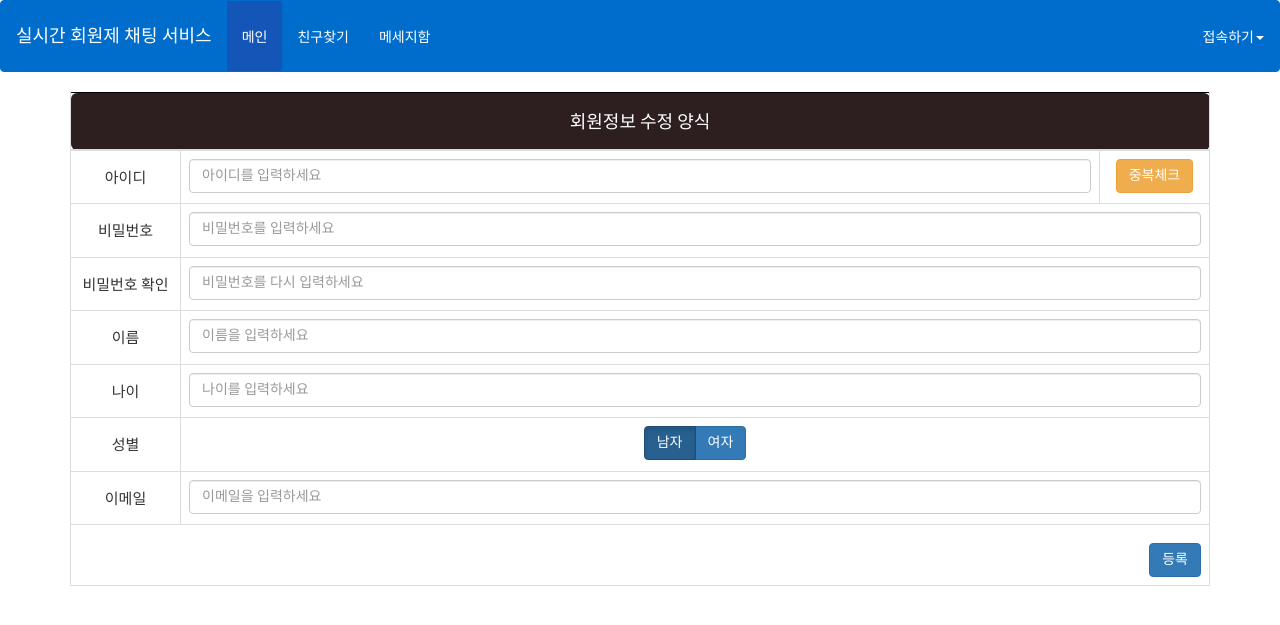
Repository: kkoseunghyun/javaAjaxChat
Page: http://localhost/UserChat/update.jsp
An editor plug-in stored every save of this project. The page is shown before and after the next save, followed by the edit.
The browser window is 1280 px wide. The pictures show the whole page.
Some web fonts or font styles are not loaded; a fallback is used. Some web libraries are served in a nearby version. The page is served by Tomcat 9.

Above is the page before, as saved 2019-05-21 10:36:55.

After the next save:
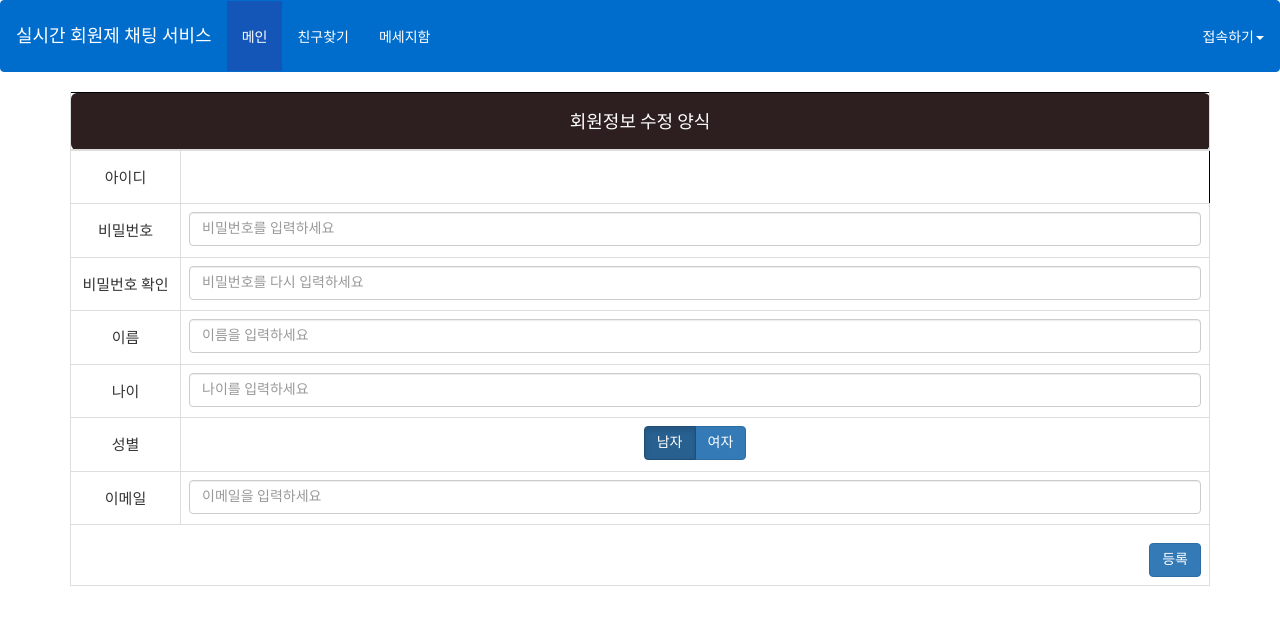
Saved 51 s later.
--- a/JspAjax/UserChat/WebContent/update.jsp
+++ b/JspAjax/UserChat/WebContent/update.jsp
@@ -104,9 +104,7 @@
 				</thead>
 				<tbody>
 					<tr>
-						<td style="width:110px;"><h5>아이디</h5></td>
-						<td><input class="form-control" type="text" id="userID" name="userID" maxlength="20" placeholder="아이디를 입력하세요"></td>
-						<td style="width:110px;"><button class="btn btn-warning" onclick="registerCheckFunction();" type="button">중복체크</button></td>
+						<td style="width: 110px;"><h5>아이디</h5></td>
 					</tr>
 					<tr>
 						<td style="width:110px;"><h5>비밀번호</h5></td>
